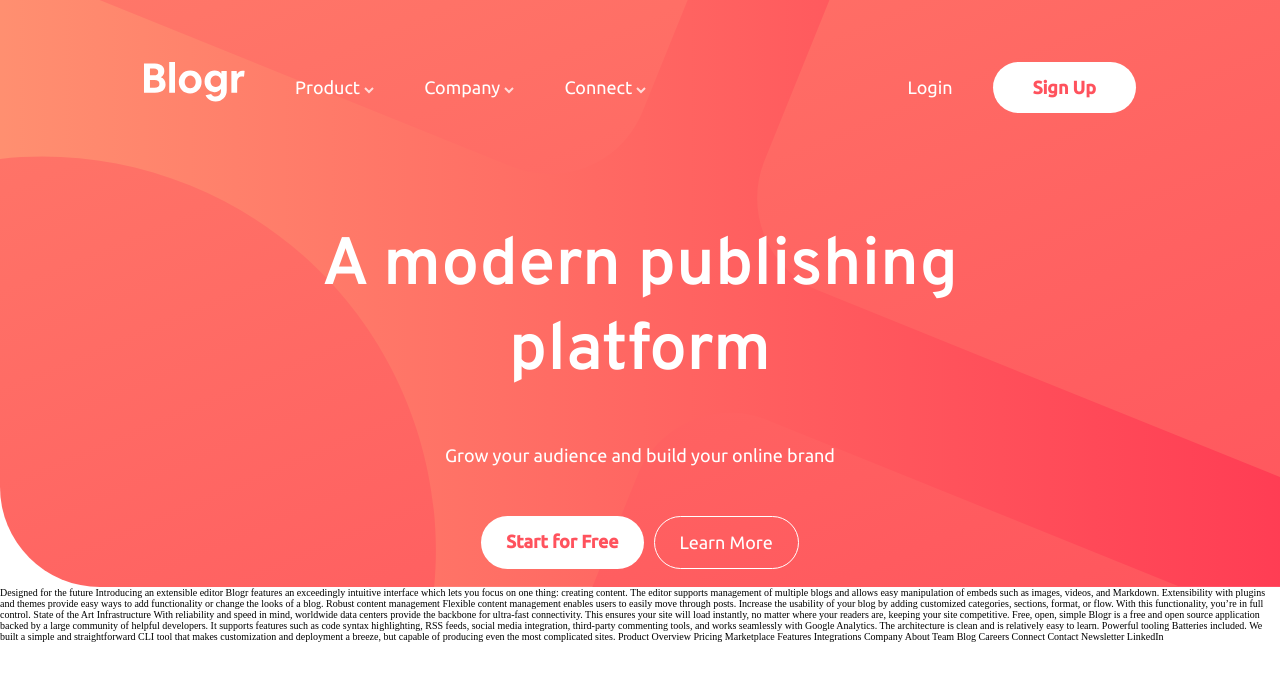
Repository: tomas938/tomaspage3
Page: index.html
An editor plug-in stored every save of this project. The page is shown before and after the next save, followed by the edit.
The browser window is 1280 px wide. The pictures show the whole page.
The style sheet was rebuilt from its Sass, Less or Tailwind sources for each picture, by a compiler version that may differ from the author's.

Above is the page before, as saved 2021-07-30 09:30:25.

### index.html
<!DOCTYPE html>
<html lang="en">
	<head>
		<meta charset="UTF-8" />
		<meta name="viewport" content="width=device-width, initial-scale=1.0" />
		<!-- displays site properly based on user's device -->

		<link
			rel="icon"
			type="image/png"
			sizes="32x32"
			href="./images/favicon-32x32.png"
		/>

		<title>Frontend Mentor | [Blogr]</title>

		<link rel="stylesheet" href="./scss/main.css" />
	</head>
	<body>
		<section class="intro">
			<header>
				<nav class="intro__navigation">
					<div class="intro__navigation__logo">
						<svg width="101" height="40" xmlns="http://www.w3.org/2000/svg">
							<path
								d="M0 30.803V1.486h10.653c1.982 0 3.695.31 5.14.93 1.446.619 2.56 1.5 3.345 2.642.785 1.142 1.177 2.484 1.177 4.026 0 1.404-.303 2.636-.909 3.695a6.48 6.48 0 01-2.56 2.498c1.487.578 2.643 1.494 3.469 2.746.826 1.253 1.239 2.732 1.239 4.439 0 1.707-.44 3.18-1.322 4.418-.88 1.239-2.12 2.202-3.716 2.89-1.596.688-3.482 1.033-5.657 1.033H0zM5.946 6.565v6.73h4.046c1.35 0 2.388-.282 3.118-.846.73-.564 1.094-1.397 1.094-2.498 0-1.101-.365-1.94-1.094-2.519-.73-.578-1.769-.867-3.118-.867H5.946zm0 19.159h4.624c1.542 0 2.732-.33 3.572-.991.84-.66 1.26-1.61 1.26-2.85 0-1.238-.42-2.188-1.26-2.848-.84-.66-2.03-.991-3.572-.991H5.946v7.68zm19.282 5.079V0h5.781v30.803h-5.78zm20.893.619c-1.624 0-3.124-.29-4.5-.867a10.94 10.94 0 01-3.593-2.416 10.96 10.96 0 01-2.374-3.654c-.564-1.404-.846-2.931-.846-4.583 0-1.652.289-3.173.867-4.563a11.354 11.354 0 012.415-3.654 10.96 10.96 0 013.634-2.436c1.39-.578 2.91-.867 4.562-.867 1.625 0 3.125.289 4.501.867a10.94 10.94 0 013.592 2.416 11.01 11.01 0 012.375 3.633c.564 1.39.846 2.911.846 4.563 0 1.651-.289 3.179-.867 4.583a11.297 11.297 0 01-2.416 3.675 10.96 10.96 0 01-3.633 2.436c-1.39.578-2.911.867-4.563.867zm.083-5.203c1.046 0 1.982-.275 2.808-.825.825-.551 1.48-1.301 1.96-2.25.483-.95.723-2.03.723-3.242 0-1.211-.24-2.292-.722-3.241-.482-.95-1.136-1.7-1.961-2.25-.826-.551-1.762-.826-2.808-.826-1.046 0-1.982.275-2.808.825-.826.55-1.48 1.301-1.961 2.25-.482.95-.723 2.03-.723 3.242 0 1.211.241 2.292.723 3.241.482.95 1.135 1.7 1.961 2.25.826.551 1.762.826 2.808.826zm24.155 3.964a9.13 9.13 0 01-3.86-.826 9.492 9.492 0 01-3.118-2.291c-.881-.977-1.57-2.12-2.065-3.427-.495-1.308-.743-2.719-.743-4.233 0-1.569.255-3.02.764-4.356a10.614 10.614 0 012.147-3.489 10.174 10.174 0 013.22-2.333c1.225-.564 2.554-.846 3.985-.846 1.404 0 2.67.282 3.799.846a7.402 7.402 0 012.807 2.457l.124-2.684h5.327v19.2c0 1.68-.269 3.207-.805 4.584-.537 1.376-1.301 2.56-2.292 3.55a10.231 10.231 0 01-3.53 2.292c-1.363.537-2.87.805-4.522.805-1.624 0-3.083-.254-4.376-.764a10.468 10.468 0 01-3.386-2.126 10.035 10.035 0 01-2.271-3.18L67.097 32a5.452 5.452 0 001.92 1.879c.784.454 1.672.681 2.663.681 1.074 0 2.003-.24 2.787-.723.785-.481 1.397-1.156 1.838-2.023.44-.867.66-1.879.66-3.035v-1.775a7.793 7.793 0 01-2.828 2.333c-1.143.564-2.402.846-3.778.846zm1.404-5.12c1.018 0 1.92-.254 2.704-.764a5.556 5.556 0 001.879-2.064c.468-.867.702-1.851.702-2.952 0-1.102-.234-2.086-.702-2.953a5.556 5.556 0 00-1.879-2.064c-.784-.51-1.686-.764-2.704-.764-1.019 0-1.92.255-2.705.764a5.556 5.556 0 00-1.879 2.064c-.468.867-.702 1.851-.702 2.953 0 1.1.234 2.085.702 2.952a5.556 5.556 0 001.88 2.064c.784.51 1.685.764 2.704.764zm15.607 5.74V9h5.327l.206 3.304c.55-1.157 1.294-2.044 2.23-2.664.936-.62 2.037-.929 3.303-.929.386 0 .77.035 1.156.103.386.07.73.159 1.033.269l-.62 5.698a4.361 4.361 0 00-.929-.227 7.495 7.495 0 00-.97-.062c-1.597 0-2.822.489-3.675 1.466-.853.977-1.28 2.36-1.28 4.15v10.694h-5.78z"
								fill="#FFF"
								fill-rule="nonzero"
							/>
						</svg>
						<ul>
							<li>
								<a href="#">Product</a>
								<svg xmlns="http://www.w3.org/2000/svg" width="10" height="7">
									<path
										fill="none"
										stroke="#FFF"
										stroke-width="2"
										opacity=".75"
										d="M1 1l4 4 4-4"
									/>
								</svg>
							</li>
							<li>
								<a href="#">Company</a>
								<svg xmlns="http://www.w3.org/2000/svg" width="10" height="7">
									<path
										fill="none"
										stroke="#FFF"
										stroke-width="2"
										opacity=".75"
										d="M1 1l4 4 4-4"
									/>
								</svg>
							</li>
							<li>
								<a href="#">Connect</a>
								<svg xmlns="http://www.w3.org/2000/svg" width="10" height="7">
									<path
										fill="none"
										stroke="#FFF"
										stroke-width="2"
										opacity=".75"
										d="M1 1l4 4 4-4"
									/>
								</svg>
							</li>
						</ul>
					</div>
					<div class="intro__navigation__login">
						<div class="button button--1">Login</div>
						<div class="button button--2">Sign Up</div>
					</div>
				</nav>
			</header>
			<div class="intro__description">
				<h1>A modern publishing platform</h1>
				<p>Grow your audience and build your online brand</p>
				<div class="intro__description__buttons">
					<div class="button button--3">Start for Free</div>
					<div class="button button--4">Learn More</div>
				</div>
			</div>
		</section>

		Designed for the future Introducing an extensible editor Blogr features an
		exceedingly intuitive interface which lets you focus on one thing: creating
		content. The editor supports management of multiple blogs and allows easy
		manipulation of embeds such as images, videos, and Markdown. Extensibility
		with plugins and themes provide easy ways to add functionality or change the
		looks of a blog. Robust content management Flexible content management
		enables users to easily move through posts. Increase the usability of your
		blog by adding customized categories, sections, format, or flow. With this
		functionality, you’re in full control. State of the Art Infrastructure With
		reliability and speed in mind, worldwide data centers provide the backbone
		for ultra-fast connectivity. This ensures your site will load instantly, no
		matter where your readers are, keeping your site competitive. Free, open,
		simple Blogr is a free and open source application backed by a large
		community of helpful developers. It supports features such as code syntax
		highlighting, RSS feeds, social media integration, third-party commenting
		tools, and works seamlessly with Google Analytics. The architecture is clean
		and is relatively easy to learn. Powerful tooling Batteries included. We
		built a simple and straightforward CLI tool that makes customization and
		deployment a breeze, but capable of producing even the most complicated
		sites. Product Overview Pricing Marketplace Features Integrations Company
		About Team Blog Careers Connect Contact Newsletter LinkedIn
	</body>
</html>

### scss/main.scss
@import "../scss_partials/variables";
@import "../scss_partials/resets";
@import "../scss_partials/intro";

### scss_partials/_variables.scss
//Colors

/* PRIMARY */

$light-red: hsl(356, 100%, 66%);
$very-light-red: hsl(355, 100%, 74%);
$very-dark-blue: hsl(208, 49%, 24%);

/* NEUTRAL */

$white: hsl(0, 0%, 100%);
$grayish-blue: hsl(240, 2%, 79%); //Footer Text
$very-dark-grayish-blue: hsl(207, 13%, 34%);
$very-dark-black-blue: hsl(240, 10%, 16%); //Footer Background

/* GRADIENT */

$very-light-red-gradient: hsl(13, 100%, 72%); // Intro /CTA
$light-red-gradient: hsl(353, 100%, 62%); // Intro /CTA

$very-dark-gray-blue: hsl(237, 17%, 21%); // Background body gradient
$very-dark-desaturated-blue: hsl(237, 23%, 32%); // Background body gradient

//Fonts

@import url("https://fonts.googleapis.com/css2?family=Overpass:wght@300;600&display=swap");

$font-primary: "Overpass", sans-serif;
$font-weight-primary-light: 300;
$font-weight-primary-bold: 600;

@import url("https://fonts.googleapis.com/css2?family=Ubuntu:ital,wght@0,400;0,500;1,700&display=swap");

$font-secondary: "Ubuntu", sans-serif;

$font-weight-secondary-light: 400;
$font-weight-secondary-medium: 500;
$font-weight-secondary-bold: 700;

### scss_partials/_resets.scss
* {
	margin: 0;
	padding: 0;
	box-sizing: border-box;
}
html {
	font-size: 62.5%;
}
li {
	list-style: none;
}
a {
	text-decoration: none;
}

### scss_partials/_intro.scss
.intro {
	height: 81.5vh;
	background-image: url(../images/bg-pattern-intro.svg),
		linear-gradient(to right, $very-light-red-gradient, $light-red-gradient);
	background-position: center center;
	border-bottom-left-radius: 10rem;
	font-family: $font-secondary;
	font-weight: $font-weight-secondary-light;
	color: $white;
	font-size: 1.8rem;
	header {
		width: 100%;
	}
	&__navigation {
		width: 77.5%;
		margin: auto;
		padding: 6.2rem 0;
		display: flex;
		justify-content: space-between;
		&__logo {
			display: flex;
		}
		ul {
			display: flex;
			align-items: center;
		}
		li {
			margin-left: 5rem;
		}

		a {
			color: $white;
		}
		&__login {
			display: flex;
			align-items: center;
		}
	}
	&__description {
		width: 70%;
		margin: auto;
		h1 {
			padding: 5rem 0;
			font-size: 6.7rem;
			text-align: center;
			font-family: $font-primary;
			font-weight: $font-weight-primary-bold;
		}
		p {
			text-align: center;
		}
		&__buttons {
			padding: 5rem 0;

			margin: auto;
			display: flex;
			justify-content: center;
		}
	}
}
.button {
	cursor: pointer;
	padding: 1.5rem 4rem;
	border-radius: 3rem;
}
.button--2 {
	background-color: $white;
	color: $light-red;
	font-family: $font-secondary;
	font-weight: $font-weight-secondary-bold;
	transition: all 0.3s ease-in-out;
}
.button--2:hover {
	background-color: hsla(0, 0%, 100%, 0.267);
	color: $white;
}
.button--3 {
	background-color: $white;
	color: $light-red;
	font-family: $font-secondary;
	font-weight: $font-weight-secondary-bold;
	transition: all 0.3s ease-in-out;
	padding: 1.5rem 2.5rem;
}
.button--3:hover {
	background-color: hsla(0, 0%, 100%, 0.267);
	color: $white;
}
.button--4 {
	margin-left: 1rem;
	border: 1px solid $white;
	padding: 1.5rem 2.5rem;
}

After the next save:
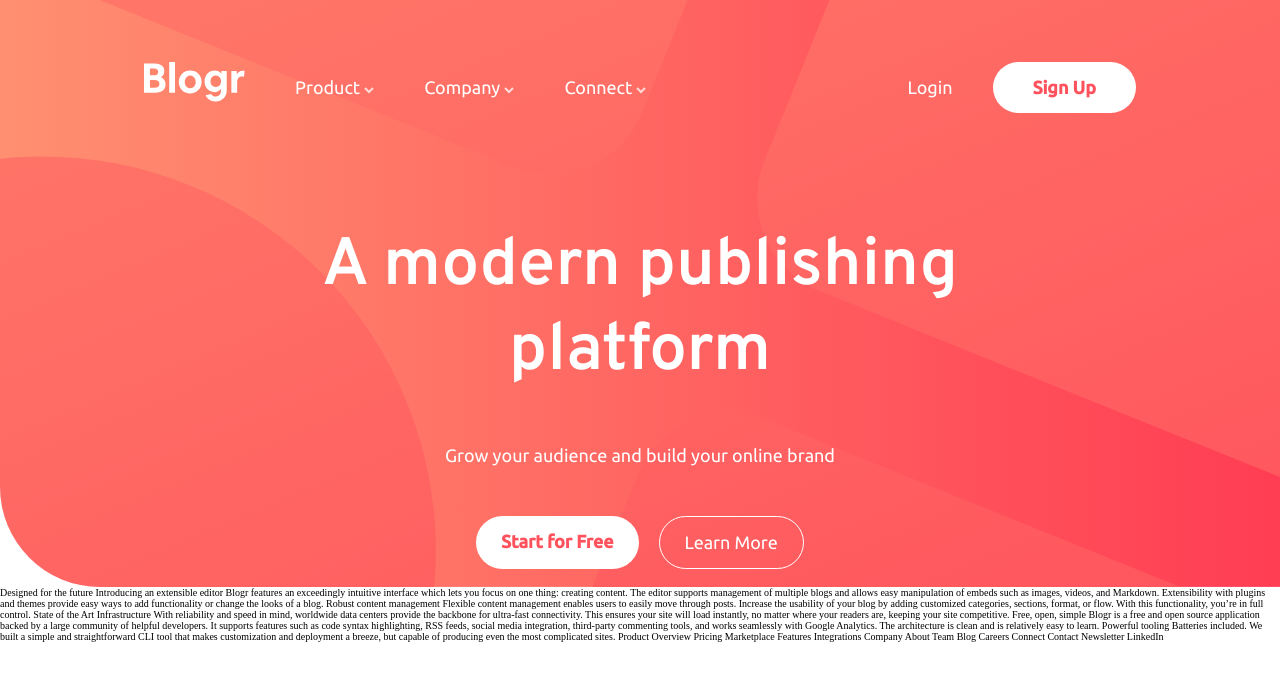
Saved 7 s later.
--- a/scss_partials/_intro.scss
+++ b/scss_partials/_intro.scss
@@ -87,7 +87,7 @@
 	color: $white;
 }
 .button--4 {
-	margin-left: 1rem;
+	margin-left: 2rem;
 	border: 1px solid $white;
 	padding: 1.5rem 2.5rem;
 }
